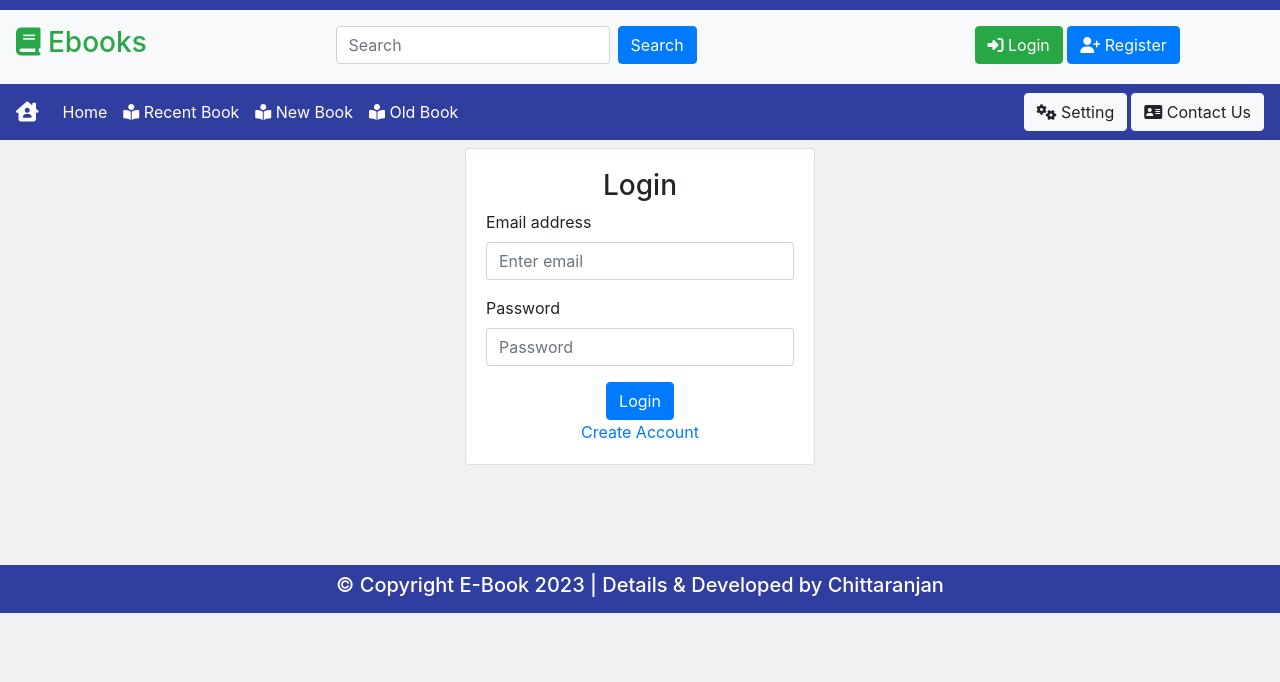
Repository: chittaranjan24/E-Books_Management_System
Page: http://localhost/Ebook-App/login.jsp
An editor plug-in stored every save of this project. The page is shown before and after the next save, followed by the edit.
The browser window is 1280 px wide. The pictures show the whole page.
Some web libraries are served in a nearby version. The page is served by Tomcat 9.

Above is the page before, as saved 2023-08-28 05:53:51.

After the next save:
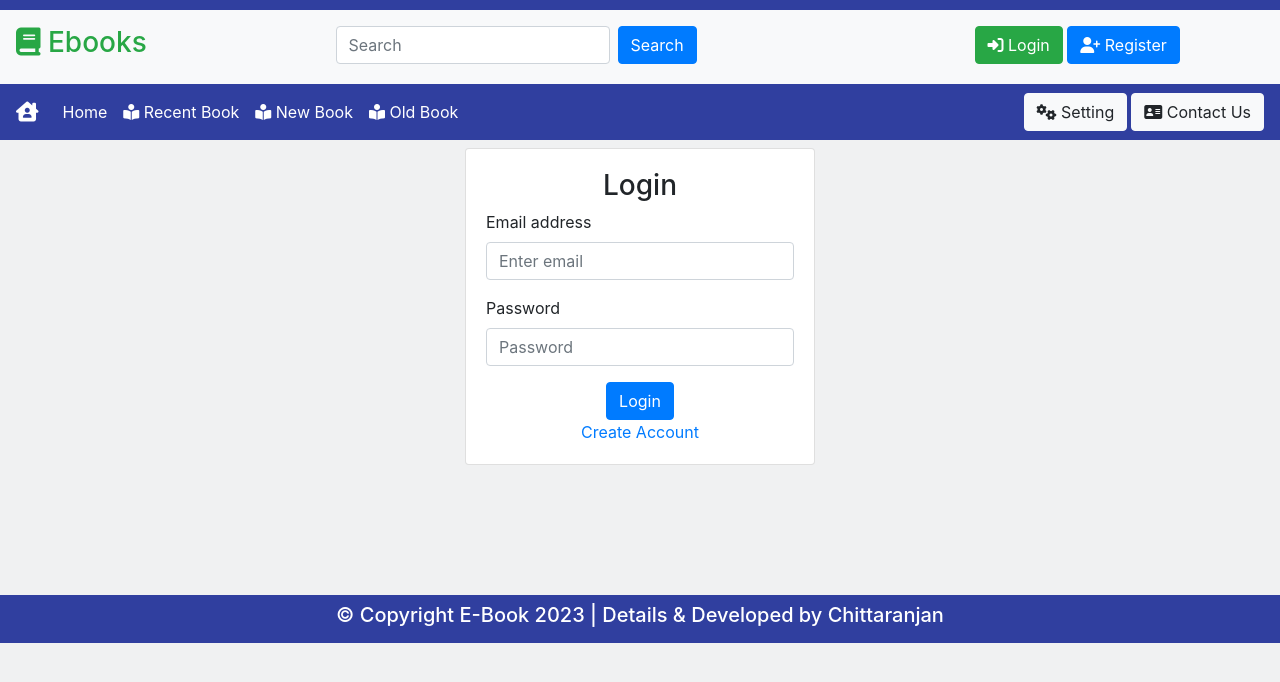
Saved 14 s later.
--- a/Ebook-App/src/main/webapp/login.jsp
+++ b/Ebook-App/src/main/webapp/login.jsp
@@ -56,7 +56,7 @@
 		</div>
 	</div>
 
-	<div style="margin-top: 100px">
+	<div style="margin-top: 130px">
 	<%@include file="all_component/footer.jsp"%>
 	</div>
 
